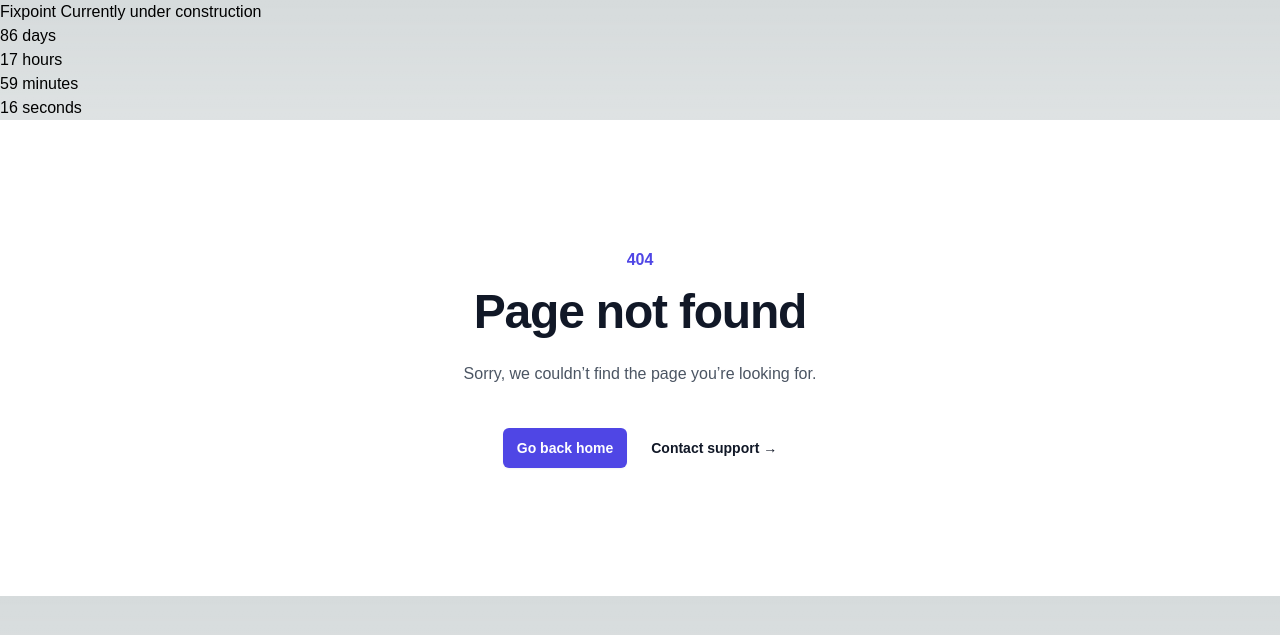
Repository: emorilebo/fixpoint_web
Page: /
The author's editor kept a copy of each file at every save. The page is drawn from the files as they stood at one save, then again after a run of saves.
The browser window is 1280 px wide. The pictures show the whole page.
The project was rebuilt for these pictures with package versions that can differ from the ones it lists, and the page was loaded fresh each time. The framework's server and built-in components were replaced by stand-ins that run in the browser. Also part of the build but not shown: next.config.js.

Above is the page before, as saved 2023-09-15 20:08:06.

### src/pages/_document.tsx
import { Html, Head, Main, NextScript } from 'next/document'

export default function Document() {
  return (
    <Html lang="en">
      <Head />
      <body className='h-full'>
        <Main />
        <NextScript />
      </body>
    </Html>
  )
}

### src/pages/index.tsx
import Image from 'next/image';
import Countdown from '../../components/Countdown';

const HomePage: React.FC = () => {
  const targetDate = '2023-09-30T00:00:00';

  return (
    <div>

      <h1>Fixpoint Currently under construction</h1>
      <Countdown targetDate={targetDate} />
      <main className="grid min-h-full place-items-center bg-white px-6 py-24 sm:py-32 lg:px-8">
        <div className="text-center">
          <p className="text-base font-semibold text-indigo-600">404</p>
          <h1 className="mt-4 text-3xl font-bold tracking-tight text-gray-900 sm:text-5xl">Page not found</h1>
          <p className="mt-6 text-base leading-7 text-gray-600">Sorry, we couldn’t find the page you’re looking for.</p>
          <div className="mt-10 flex items-center justify-center gap-x-6">
            <a
              href="#"
              className="rounded-md bg-indigo-600 px-3.5 py-2.5 text-sm font-semibold text-white shadow-sm hover:bg-indigo-500 focus-visible:outline focus-visible:outline-2 focus-visible:outline-offset-2 focus-visible:outline-indigo-600"
            >
              Go back home
            </a>
            <a href="#" className="text-sm font-semibold text-gray-900">
              Contact support <span aria-hidden="true">&rarr;</span>
            </a>
          </div>
        </div>
      </main>
    </div>
  );
};

export default HomePage;

### src/styles/globals.css
@tailwind base;
@tailwind components;
@tailwind utilities;

body {
  font-family: sans-serif;
}

.countdown-timer {
  display: flex;
  justify-content: center;
  align-items: center;
  height: 100vh;
  background-color: #fff;
}

.countdown-timer__clock {
  font-size: 100px;
  font-weight: bold;
}

.countdown-timer__controls {
  margin-top: 50px;
}

.countdown-timer__controls button {
  padding: 10px 20px;
  background-color: #000;
  color: #fff;
  border: none;
  border-radius: 5px;
  cursor: pointer;
}


:root {
  --foreground-rgb: 0, 0, 0;
  --background-start-rgb: 214, 219, 220;
  --background-end-rgb: 255, 255, 255;
}

@media (prefers-color-scheme: dark) {
  :root {
    --foreground-rgb: 255, 255, 255;
    --background-start-rgb: 0, 0, 0;
    --background-end-rgb: 0, 0, 0;
  }
}

body {
  color: rgb(var(--foreground-rgb));
  background: linear-gradient(
      to bottom,
      transparent,
      rgb(var(--background-end-rgb))
    )
    rgb(var(--background-start-rgb));
}

### components/Countdown.tsx
import { useEffect, useState } from 'react';

interface CountdownProps {
  targetDate: string;
}

const Countdown: React.FC<CountdownProps> = ({ targetDate }) => {
  const [timeLeft, setTimeLeft] = useState<number>(0);

  useEffect(() => {
    const interval = setInterval(() => {
      const now = new Date().getTime();
      const distance = new Date(targetDate).getTime() - now;
      setTimeLeft(Math.max(0, distance));
    }, 1000);

    return () => clearInterval(interval);
  }, [targetDate]);

  const days = Math.floor(timeLeft / (1000 * 60 * 60 * 24));
  const hours = Math.floor((timeLeft % (1000 * 60 * 60 * 24)) / (1000 * 60 * 60));
  const minutes = Math.floor((timeLeft % (1000 * 60 * 60)) / (1000 * 60));
  const seconds = Math.floor((timeLeft % (1000 * 60)) / 1000);

  return (
    <div>
      <div>{days} days</div>
      <div>{hours} hours</div>
      <div>{minutes} minutes</div>
      <div>{seconds} seconds</div>
    </div>
  );
};

export default Countdown;

Loaded but not shown: src/pages/_app.tsx (common file); tailwind.config.js (common file)

After the next 2 saves:
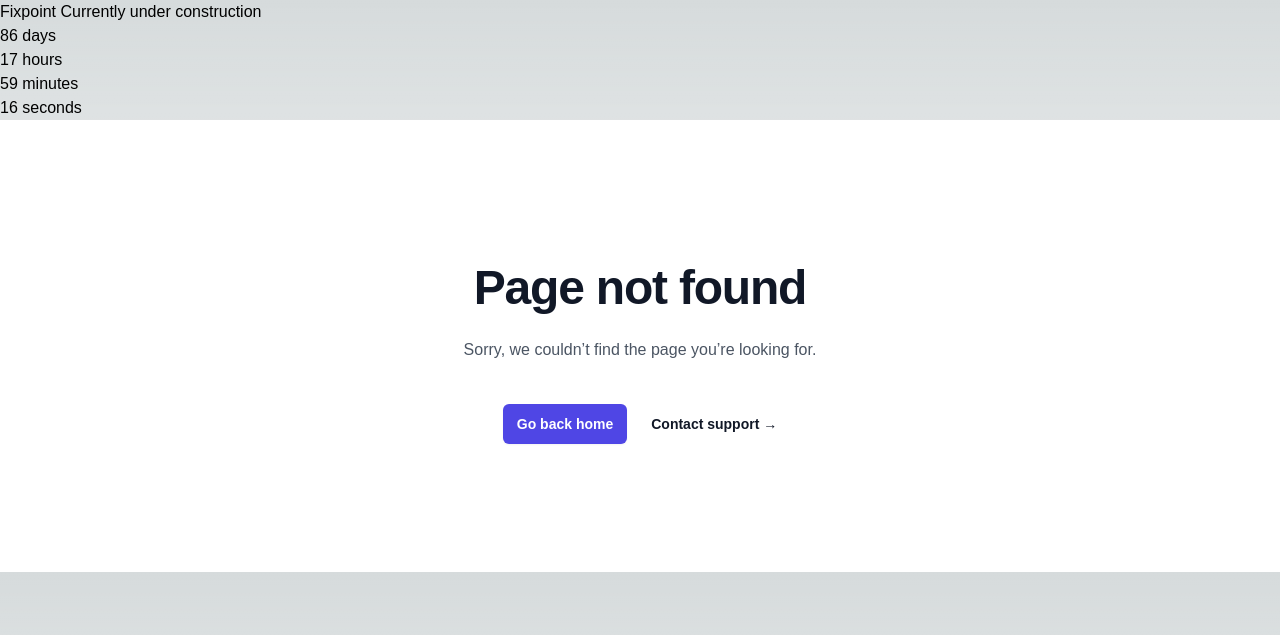
The 2 saves are shown as one change because they came seconds apart.
The last was saved 95 s later.
--- a/src/pages/index.tsx
+++ b/src/pages/index.tsx
@@ -11,7 +11,7 @@
       <Countdown targetDate={targetDate} />
       <main className="grid min-h-full place-items-center bg-white px-6 py-24 sm:py-32 lg:px-8">
         <div className="text-center">
-          <p className="text-base font-semibold text-indigo-600">404</p>
+          <p className="text-base font-semibold text-indigo-600"></p>
           <h1 className="mt-4 text-3xl font-bold tracking-tight text-gray-900 sm:text-5xl">Page not found</h1>
           <p className="mt-6 text-base leading-7 text-gray-600">Sorry, we couldn’t find the page you’re looking for.</p>
           <div className="mt-10 flex items-center justify-center gap-x-6">

After the 2 saves that followed:
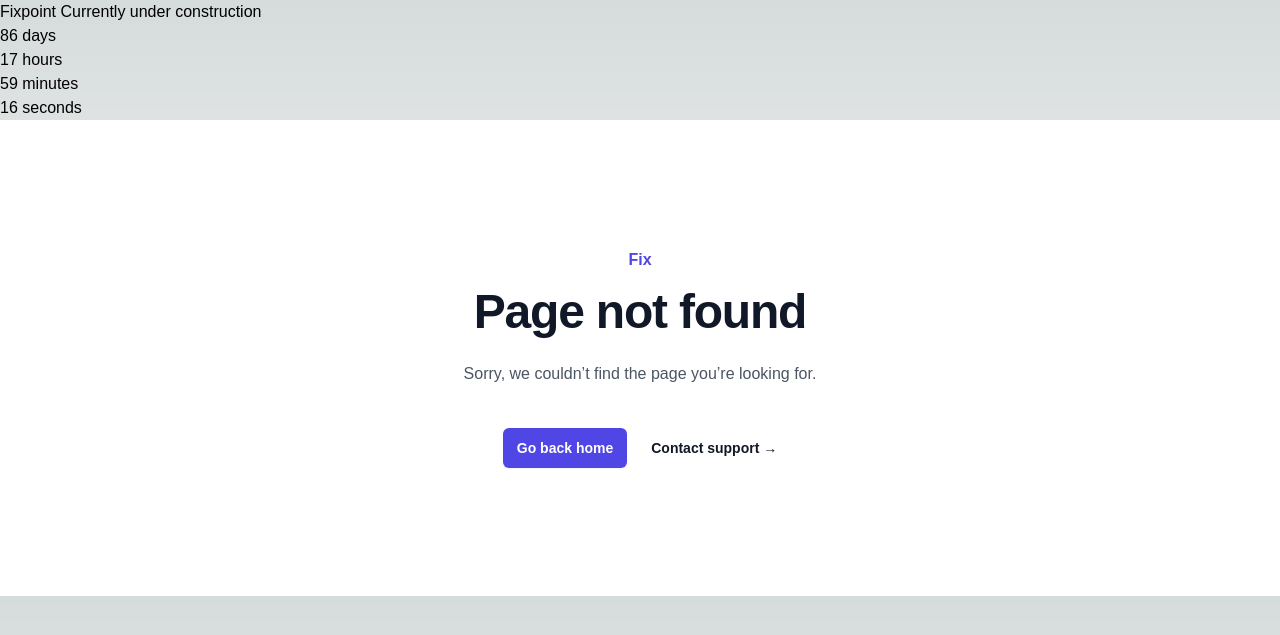
The 2 saves are shown as one change because they came seconds apart.
The last was saved 5 s later.
--- a/src/pages/index.tsx
+++ b/src/pages/index.tsx
@@ -11,7 +11,7 @@
       <Countdown targetDate={targetDate} />
       <main className="grid min-h-full place-items-center bg-white px-6 py-24 sm:py-32 lg:px-8">
         <div className="text-center">
-          <p className="text-base font-semibold text-indigo-600"></p>
+          <p className="text-base font-semibold text-indigo-600">Fix</p>
           <h1 className="mt-4 text-3xl font-bold tracking-tight text-gray-900 sm:text-5xl">Page not found</h1>
           <p className="mt-6 text-base leading-7 text-gray-600">Sorry, we couldn’t find the page you’re looking for.</p>
           <div className="mt-10 flex items-center justify-center gap-x-6">
